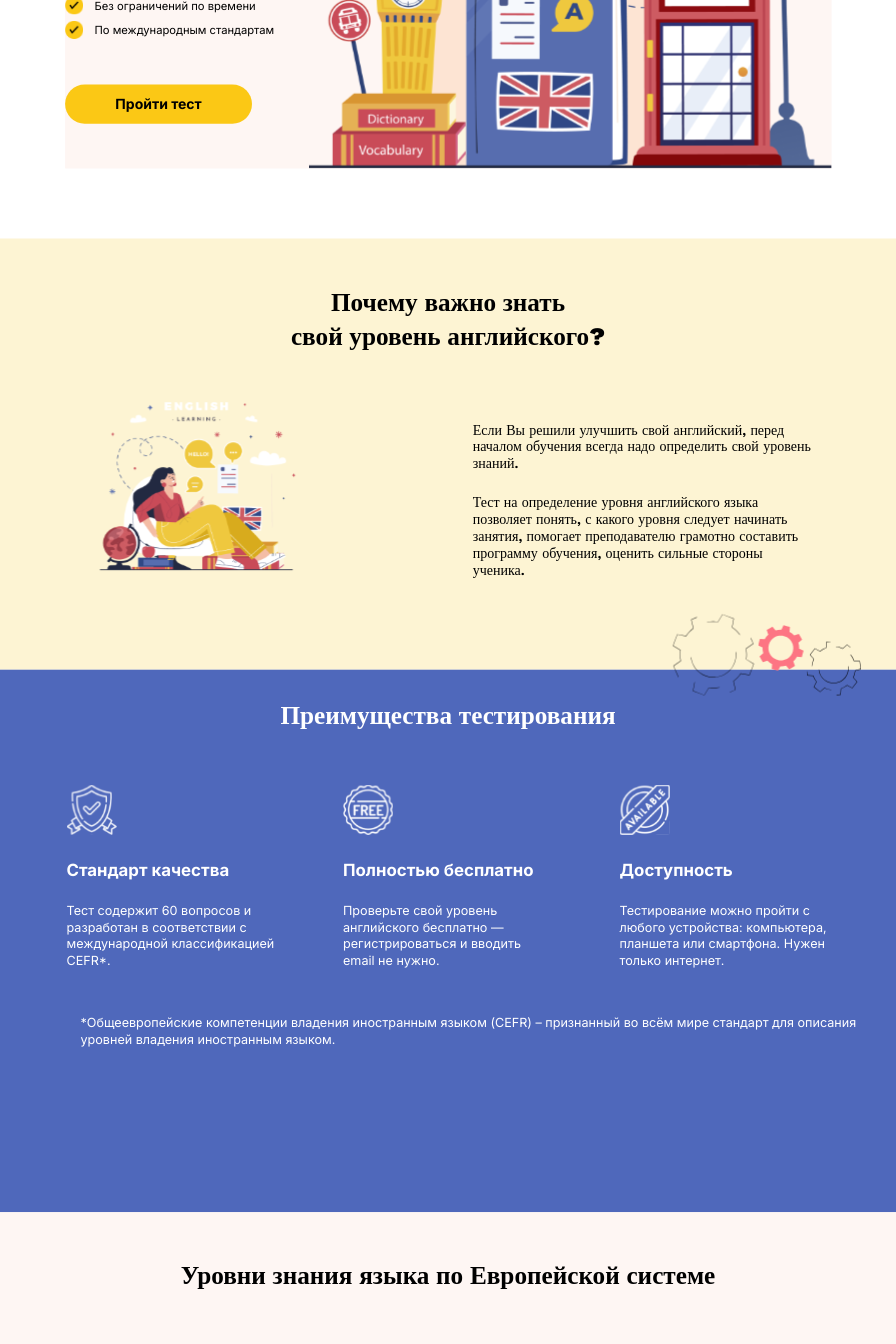
Repository: WladimirVA/PP-01-01_Dandelions
Page: Index.html
These files come from the project's save history. The page is drawn as it stood at one moment and after the next save; the edit follows.
The browser window is 1280 px wide. The pictures show the part of the page from y = 474 to 2394 px (the page is 3924 px tall), at 70% of full size.

Above is the page before, as saved 2023-01-25 16:43:24.
Console error: ReferenceError: $ is not defined

After the next save:
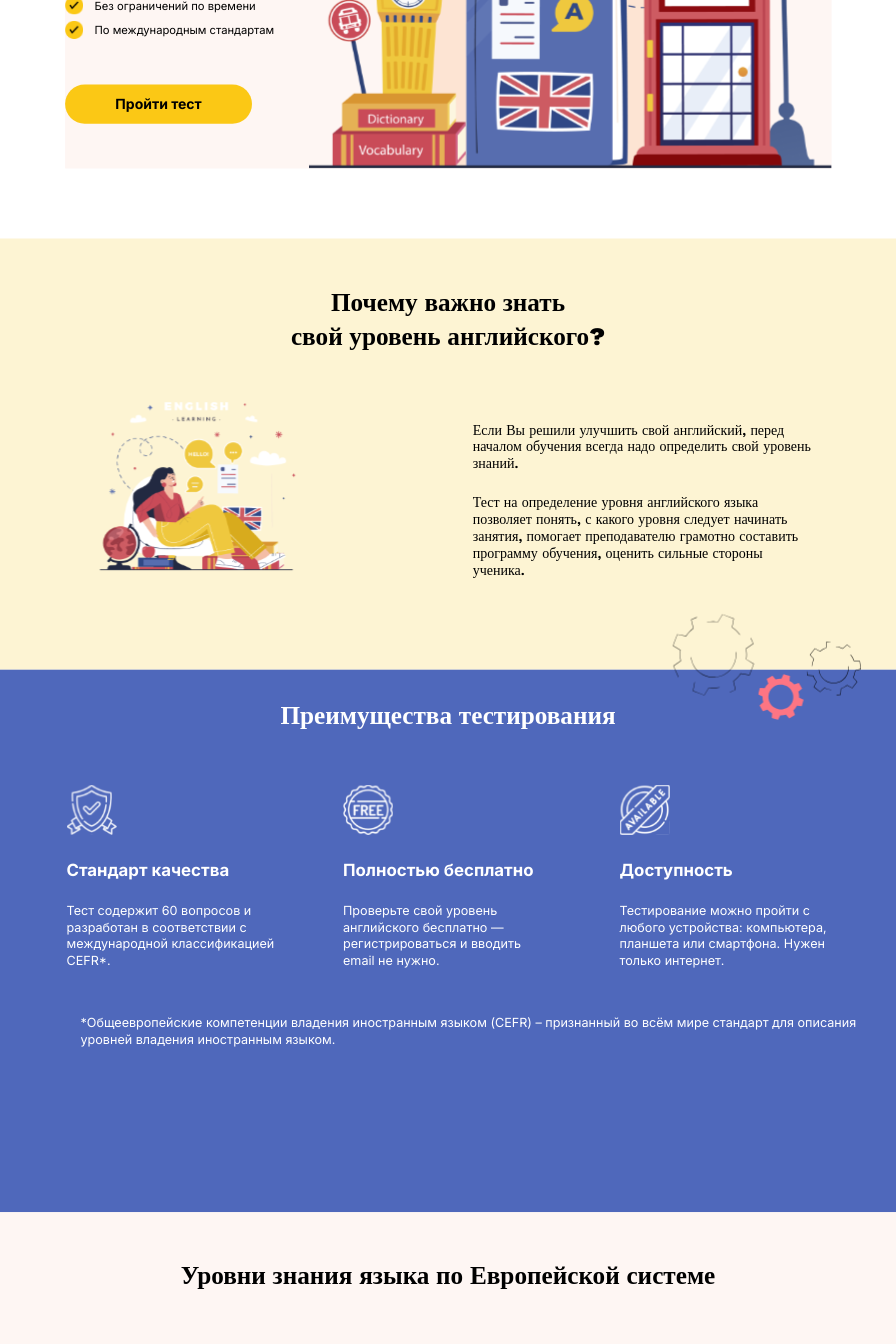
Saved 117 s later.
--- a/static/css/style.css
+++ b/static/css/style.css
@@ -177,7 +177,7 @@ body {
 
 .rot-img2 {
     width: 65px;
-    margin-bottom: 35px;
+    margin-bottom: -35px;
 }
 
 .rot-img3 {
